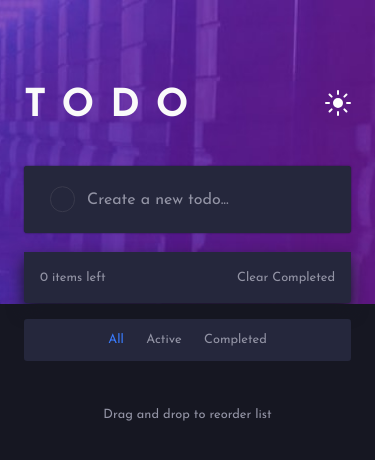
Repository: Ahmed-Abdul-ghaffar/ToDo-App
Page: /
The author's editor kept a copy of each file at every save. The page is drawn from the files as they stood at one save, then again after the next save.
The browser window is 375 px wide. The pictures show the whole page.
The project was rebuilt for these pictures with package versions that can differ from the ones it lists, and the page was loaded fresh each time. Also part of the build but not shown: vite.config.js.

Above is the page before, as saved 2026-11-09 11:10:19.

### index.html
<!doctype html>
<html class="dark">
  <head>
    <meta charset="UTF-8" />
    <meta name="viewport" content="width=device-width, initial-scale=1.0" />
    <meta name="keywords" content="HTML, CSS, JS, todo app, frontend" />
    <link rel="preconnect" href="https://fonts.googleapis.com" />
    <link rel="preconnect" href="https://fonts.gstatic.com" crossorigin />
    <link
      href="https://fonts.googleapis.com/css2?family=Josefin+Sans:ital,wght@0,100..700;1,100..700&display=swap"
      rel="stylesheet"
      pm
    />
    <link rel="icon" href="images/favicon-32x32.png" />
    <link rel="stylesheet" href="styles.scss" />
    <title>Frontend Mentor | ToDo App</title>
  </head>
  <body>
    <div class="container">
      <header class="header">
        <h1 class="header__logo">TODO</h1>

        <button
          class="header__theme-icon header__theme-icon-moon"
          aria-label="dark theme icon"
        >
          <img src="images/icon-moon.svg" alt="" />
        </button>
        <button
          class="header__theme-icon header__theme-icon-sun"
          aria-label="light theme icon"
        >
          <img src="images/icon-sun.svg" alt="" />
        </button>
      </header>

      <main>
        <form class="form">
          <label for="task" class="form__label">New ToDo</label>
          <input
            type="text"
            id="task"
            name="task"
            placeholder=" Create a new todo..."
            class="form__input"
          />
        </form>

        <ol class="todo-list"></ol>

        <div class="list-options">
          <div class="list-options__summary">
            <p><span class="list-options__items-left">#</span> items left</p>

            <button class="list-options__clear-completed-btn">
              Clear Completed
            </button>
          </div>

          <div class="list-options__filter-btns">
            <button
              class="list-options__filter-btn list-options__filter-btn--active all-filter"
            >
              All
            </button>
            <button class="list-options__filter-btn active-filter">
              Active
            </button>
            <button class="list-options__filter-btn completed-filter">
              Completed
            </button>
          </div>
        </div>
      </main>

      <footer class="footer">Drag and drop to reorder list</footer>
    </div>
    <script type="module" src="./index.js"></script>
  </body>
</html>

### styles.scss
@use "./components/reset";
@use "./components/variables";
@use "./components/header";
@use "./components/form";
@use "./components/todo-list";
@use "./components/list-options";
@use "./components/footer";

### index.js
import {
  activeFilterElement,
  allFilterElement,
  completedFilterElement,
  itemsLeftElement,
  taskList,
} from "./scripts.js/elements";
import {
  currentFilterState,
  initListeners,
  initTaskList,
  selectFilter,
} from "./scripts.js/eventListeners";

export const applyTheme = (isDark) => {
  document.documentElement.classList.toggle("dark", isDark);
};
import checkIcon from "./images/icon-check.svg";
import crossIcon from "./images/icon-cross.svg";

export const toggleDarkMode = () => {
  const isDark = !document.documentElement.classList.contains("dark");
  applyTheme(isDark);
  saveToDataBase("isDark", isDark);
};

export const renderTaskList = (tasks) => {
  let result = ``;
  tasks.forEach((task) => {
    result += `
       <li class="todo-list__item  ${task.isCompleted ? "todo-list__item--completed" : ""}" data-id="${task.taskId}">
            <button class="todo-list__check-btn" aria-label="mark as complete">
              <img
                class="todo-list__check-icon"
                src="${checkIcon}"
                alt=""
              />
            </button>
            <p class="todo-list__task"></p>
            <button class="todo-list__delete-btn" aria-label="delete task">
              <img
                class="todo-list__delete-icon"
                src="${crossIcon}"
                alt=""
              />
            </button>
          </li>
    `;
  });

  taskList.innerHTML = result;
  const paragrahps = taskList.querySelectorAll(".todo-list__task");
  paragrahps.forEach((p, i) => {
    p.textContent = tasks[i].text;
  });
};

export const saveToDataBase = (key, value) => {
  localStorage.setItem(key, JSON.stringify(value));
};

export const getData = (key) => {
  let result = localStorage.getItem(key);
  result = JSON.parse(result);
  return result;
};

export let tasks = [];

export const addTask = () => {
  const input = document.querySelector(".form__input");
  if (input.value.trim()) {
    tasks.push({
      isCompleted: false,
      text: input.value.trim(),
      taskId: crypto.randomUUID(),
    });
    input.value = "";
    saveToDataBase("tasks", tasks);

    if (currentFilterState === "active") {
      selectFilter("active");
    } else {
      selectFilter("all");
    }
  } else {
    input.value = "";
  }
};

export const markTaskAsCompleted = (listItem, listItemId) => {
  listItem.classList.toggle("todo-list__item--completed");

  tasks.forEach((task) => {
    if (task.taskId === listItemId) {
      task.isCompleted = !task.isCompleted;
    }
  });

  saveToDataBase("tasks", tasks);
  if (currentFilterState !== "all") {
    selectFilter(currentFilterState);
    return;
  }

  calculateItemsLeft();
};

export const deleteTask = (listItemId) => {
  const wantDelete = confirm("Do you want to delete task?");
  if (wantDelete) {
    tasks.forEach((task) => {
      if (task.taskId === listItemId) {
        const taskIndex = tasks.indexOf(task);
        tasks.splice(taskIndex, 1);
      }
    });

    saveToDataBase("tasks", tasks);
    selectFilter(currentFilterState);
  }
};

export const calculateItemsLeft = () => {
  if (tasks?.length || tasks.length === 0) {
    let countUnCompletedTasks = 0;
    tasks.forEach((task) => {
      !task.isCompleted && countUnCompletedTasks++;
    });
    itemsLeftElement.innerText = countUnCompletedTasks;
  } else {
    return;
  }
};

export const removeSelectedFilterClass = () => {
  if (allFilterElement.classList.contains("list-options__filter-btn--active")) {
    allFilterElement.classList.remove("list-options__filter-btn--active");
  } else if (
    activeFilterElement.classList.contains("list-options__filter-btn--active")
  ) {
    activeFilterElement.classList.remove("list-options__filter-btn--active");
  } else if (
    completedFilterElement.classList.contains(
      "list-options__filter-btn--active",
    )
  ) {
    completedFilterElement.classList.remove("list-options__filter-btn--active");
  }
};

export const clearCompletedTasks = () => {
  tasks = getUnCompletedTasks();
  saveToDataBase("tasks", tasks);
  selectFilter("all");
};

export const getUnCompletedTasks = () => {
  let unCompletedTasks = [];
  tasks.forEach((task) => {
    if (!task.isCompleted) {
      unCompletedTasks.push(task);
    }
  });
  return unCompletedTasks;
};

export const getCompletedTasks = () => {
  let completedTasks = [];
  tasks.forEach((task) => {
    if (task.isCompleted) {
      completedTasks.push(task);
    }
  });
  return completedTasks;
};

document.addEventListener("DOMContentLoaded", () => {
  applyTheme(
    getData("isDark") ?? document.documentElement.classList.contains("dark"),
  );
  tasks = getData("tasks") ?? [];
  initTaskList(tasks);
});
initListeners();

### components/_reset.scss
* {
  margin: 0;
  padding: 0;
  font: inherit;
  line-height: 1.5;
}

*,
::after,
::before {
  box-sizing: border-box;
}

ul,
ol {
  list-style: none;
}

button {
  background-color: transparent;
  cursor: pointer;
  border: none;
}

### components/_variables.scss
body {
  font-size: 18px;
  font-family: var(--font-family-josefin);
}

:root {
  // ------ row color pallete --------
  --color-blue-500: hsl(220, 98%, 61%);
  --color-cyan: #57ddff;
  --color-magenta: #c058f3;

  // light theme
  --color-gray-50: hsl(0, 0%, 98%);
  --color-purple-300: hsl(234, 39%, 85%);
  --color-gray-300: hsl(233, 11%, 84%);
  --color-gray-600: hsl(236, 9%, 61%);
  --color-navy-850: hsl(235, 19%, 35%);

  // dark theme
  --color-navy-950: hsl(235, 21%, 11%);
  --color-navy-900: hsl(235, 24%, 19%);
  --color-purple-300: hsl(234, 39%, 85%);
  --color-purple-100: hsl(236, 33%, 92%);
  --color-purple-600: hsl(235, 16%, 43%);
  --color-purple-700: hsl(233, 14%, 35%);
  --color-purple-800: hsl(237, 14%, 26%);
  --color-gray-600: hsl(236, 9%, 61%);

  // fonts
  --font-size-default: 1.1rem;
  --font-size-logo: 1.9rem;
  --font-size-filter: 0.8rem;
  --font-weight-regular: 400;
  --font-weight-bold: 700;
  --font-family-josefin: "Josefin Sans", sans-serif;

  // --------- role based colors (light default) ----------
  --color-bg: var(--color-gray-300);
  --color-list-bg: var(--color-gray-50);
  --color-list-shadow: var(--color-gray-600);
  --color-tasks: var(--color-navy-850);
  --color-filters: var(--color-gray-600);
  --color-footer: var(--color-gray-600);
  --color-placeholder: var(--color-gray-600);
  --color-completed-task: var(--color-gray-300);
  --color-borders: var(--color-gray-300);
  --color-logo: var(--color-gray-50);
  --color-filter-active: var(--color-blue-500);
  --color-input-focus: var(--color-navy-850);
  --color-filters-hover: var(--color-navy-850);
  --color-checkbox-checked: linear-gradient(
    135deg,
    var(--color-cyan),
    var(--color-magenta)
  );
  --color-checkbox-border-hover: linear-gradient(
    135deg,
    var(--color-cyan),
    var(--color-magenta)
  );

  //   spacing
  --gutter: 1.6rem;
  --padding-default: 1.5rem;
  --transtion-time: 0.2s;
}

html.dark {
  --color-bg: var(--color-navy-950);
  --color-list-bg: var(--color-navy-900);
  --color-list-shadow: var(--color-navy-950);
  --color-tasks: var(--color-purple-300);
  --color-input-focus: var(--color-purple-300);
  --color-filters-hover: var(--color-purple-100);
  --color-borders: var(--color-purple-800);
  --color-completed-task: var(--color-purple-700);

  body::after {
    background-image: url(../images/bg-desktop-dark.jpg);
  }

  .header__theme-icon-moon {
    display: none;
  }

  .header__theme-icon-sun {
    display: block;
  }
}

@media (max-width: 400px) {
  :root {
    --font-size-default: 0.7rem;
  }
}

### components/_header.scss
body {
  position: relative;
  background-color: var(--color-bg);

  &::after {
    content: "";
    position: absolute;
    top: 0;
    height: 19rem;
    width: 100%;
    z-index: -1;
    background-image: url("../images/bg-desktop-light.jpg");
    background-repeat: no-repeat;
    background-size: cover;
    background-position: top center;
  }
}

.container {
  max-width: 37rem;
  margin: 0 auto;
  padding: 0 1.5rem;
  display: grid;
}

.header {
  display: grid;
  grid-template-columns: repeat(2, 1fr);
  align-items: center;
  margin-bottom: 1.9rem;
  padding-top: 4.9rem;

  &__logo {
    justify-self: start;
    font-size: 2.4rem;
    font-family: var(--font-family-josefin);
    font-weight: var(--font-weight-bold);
    letter-spacing: 1rem;
    color: var(--color-logo);
  }

  &__theme-icon {
    justify-self: end;
    cursor: pointer;
  }

  &__theme-icon-sun {
    display: none;
  }
}

@media (hover: hover) {
  body {
    font-size: 15px;

    &::after {
      height: 12rem;
    }
  }

  .header {
    margin-bottom: 1.9rem;
    padding-top: 2.7rem;

    &__logo {
      font-size: 1.3rem;
    }
  }
}

### components/_form.scss
.form {
  position: relative;
  margin-bottom: 1.2rem;

  &__label {
    display: none;
  }

  &::before {
    content: "";
    width: 1.6rem;
    height: 1.6rem;
    position: absolute;
    top: 50%;
    transform: translateY(-50%);
    left: 1.6rem;
    border: 0.1rem solid var(--color-borders);
    border-radius: 50%;
  }

  &__input {
    background-color: var(--color-list-bg);
    box-shadow: 0 0 0.1rem var(--color-list-shadow);
    color: var(--color-input-focus);
    width: 100%;
    padding: 1.1rem 3.5rem;
    border-radius: 0.2rem;
    border: 0.13rem solid transparent;
    outline: none;

    &::placeholder {
      font-weight: var(--font-weight-regular);
      color: var(--color-placeholder);
      font-family: var(--font-family-josefin);
      font-size: 1rem;
    }

    &:focus {
      border-color: var(--color-input-focus);

      &::placeholder {
        color: var(--color-input-focus);
        font-size: 1rem;
        font-weight: var(--font-weight-regular);
        font-family: var(--font-family-josefin);
      }
    }
  }
}

@media (hover: hover) {
  .form {
    &::before {
      left: 1.1rem;
      width: 1.2rem;
      height: 1.2rem;
    }

    margin-bottom: 1rem;
    &__input {
      padding: 0.7rem 2.9rem;
      &::placeholder {
        font-size: 0.7rem;
      }
    }
  }
}

### components/_todo-list.scss
.todo-list {
  box-shadow: 0 -0.1rem 1rem var(--color-list-shadow);
  border-radius: 0.2rem;

  &__item {
    display: grid;
    grid-template-columns: auto 1fr auto;
    align-items: center;
    width: 100%;
    border-bottom: solid 0.1rem var(--color-borders);
    padding: 1.2rem 1.6rem;
    background-color: var(--color-list-bg);

    &:first-child {
      border-top-left-radius: 0.2rem;
      border-top-right-radius: 0.2rem;
    }

    &:hover,
    &:has(:focus-visible) {
      cursor: pointer;
      .todo-list__delete-btn {
        opacity: 1;
      }
    }

    &--completed {
      .todo-list__check-btn {
        &:hover {
          &::after {
            opacity: 0;
          }

          &::before {
            opacity: 1;
          }
        }

        &::before {
          opacity: 1;
        }

        .todo-list__check-icon {
          opacity: 1;
        }
      }

      .todo-list__task {
        text-decoration: line-through;
        color: var(--color-completed-task);
      }
    }

    &--ghost {
      opacity: 0.5;
      outline: 2px dashed var(--color-blue-500);
      outline-offset: -2px;
    }
  }

  &__check-btn {
    position: relative;
    margin-right: 1.5rem;
    display: flex;
    align-items: center;
    justify-content: center;
    border: 0.1rem solid var(--color-borders);
    border-radius: 50%;
    width: 1.5rem;
    height: 1.5rem;
    padding: 0.1rem;
    background-color: transparent;
    z-index: 0;

    &::before {
      opacity: 0;
      transition: opacity var(--transtion-time);
      content: "";
      position: absolute;
      inset: -0.1rem;
      border-radius: 50%;
      background: linear-gradient(
        135deg,
        var(--color-cyan),
        var(--color-magenta)
      );
      z-index: -1;
    }

    &::after {
      content: "";
      position: absolute;
      border-radius: 50%;
      background-color: var(--color-list-bg);
      inset: 0;
      opacity: 0;
      transition: opacity var(--transtion-time);
      z-index: -1;
    }

    @media (hover: hover) {
      &:hover {
        border-color: transparent;
        background-color: var(--color-list-bg);

        &::before,
        &::after {
          opacity: 1;
        }
      }
    }
  }

  &__check-icon {
    opacity: 0;
    transition: opacity var(--transtion-time);
  }

  &__task {
    font-size: var(--font-size-default);
    color: var(--color-tasks);
  }

  &__delete-btn {
    opacity: 0;
    transition: opacity var(--transtion-time);
  }
}

@media (hover: none) {
  .todo-list {
    &__item {
      padding: 0.8rem 1.1rem;
    }

    &__check-btn {
      width: 1.2rem;
      height: 1.2rem;
    }

    &__delete-btn {
      opacity: 1;
    }
  }
}

### components/_list-options.scss
.list-options {
  background-color: var(--color-list-bg);
  border-bottom-right-radius: 0.2rem;
  border-bottom-left-radius: 0.2rem;
  display: grid;
  grid-template-columns: repeat(3, 1fr);
  align-items: center;
  gap: clamp(0.5rem, 5vw, 4rem);
  padding: 0.6rem 1.6rem;
  font-size: 0.8rem;
  color: var(--color-filters);
  font-family: var(--font-family-josefin);
  margin-bottom: 3.4rem;
  box-shadow: 0 0.5rem 1rem var(--color-list-shadow);

  &__summary {
    display: contents;
  }

  &__filter-btns {
    display: flex;
    align-items: center;
    justify-content: center;
    gap: 1.5rem;
  }

  &__filter-btn {
    color: var(--color-filters);

    &:hover:not(&--active) {
      color: var(--color-filters-hover);
    }

    &--active {
      color: var(--color-filter-active);
    }
  }

  &__clear-completed-btn {
    color: var(--color-filters);
    order: 1;

    @media (hover: hover) {
      &:hover {
        color: var(--color-filters-hover);
      }
    }
  }
}

@media (max-width: 400px) {
  .list-options {
    margin-bottom: 2.8rem;
    grid-template-columns: 1fr;
    row-gap: 1rem;
    background-color: transparent;
    padding: 0;
    box-shadow: none;
    &__items-left {
      order: 1;
    }

    &__summary {
      display: flex;
      justify-content: space-between;
      align-items: center;
      padding: 1rem;
      border-bottom-left-radius: 0.2rem;
      border-bottom-right-radius: 0.2rem;
      background-color: var(--color-list-bg);
      box-shadow: 0 0.5rem 1rem var(--color-list-shadow);
    }

    &__filter-btns {
      justify-content: center;
      padding: 0.7rem 1rem;
      background-color: var(--color-list-bg);
      border-radius: 0.2rem;
      gap: clamp(0.75rem, 6vw, 1.5rem);
    }

    &__clear-completed-btn {
      order: 2;
    }
  }
}

### components/_footer.scss
.footer {
  color: var(--color-footer);
  font-size: 0.8rem;
  justify-self: center;
}

### scripts.js/elements.js
export const header = document.querySelector(".header");
export const taskList = document.querySelector(".todo-list");
export const form = document.querySelector(".form");
export const checkBtns = () =>
  document.querySelectorAll(".todo-list__check-btn");
export const listItems = () => document.querySelectorAll(".todo-list__item");

export const itemsLeftElement = document.querySelector(
  ".list-options__items-left",
);

export const allFilterElement = document.querySelector(".all-filter");
export const activeFilterElement = document.querySelector(".active-filter");
export const completedFilterElement =
  document.querySelector(".completed-filter");
export const clearCompletedBtn = document.querySelector(
  ".list-options__clear-completed-btn",
);

### scripts.js/eventListeners.js
import Sortable from "sortablejs";
import {
  addTask,
  calculateItemsLeft,
  clearCompletedTasks,
  deleteTask,
  getCompletedTasks,
  getUnCompletedTasks,
  markTaskAsCompleted,
  removeSelectedFilterClass,
  renderTaskList,
  saveToDataBase,
  tasks,
  toggleDarkMode,
} from "..";
import {
  activeFilterElement,
  allFilterElement,
  clearCompletedBtn,
  completedFilterElement,
  form,
  header,
  listItems,
  taskList,
} from "./elements";

export const makeTaskListSortable = () => {
  return new Sortable(taskList, {
    animation: 150,
    delay: 400,
    delayOnTouchOnly: true,
    ghostClass: "todo-list__item--ghost",
    onEnd(event) {
      if (event.oldIndex === event.newIndex) return;
      const draggedTask = tasks[event.oldIndex];
      tasks.splice(event.oldIndex, 1);
      tasks.splice(event.newIndex, 0, draggedTask);
      saveToDataBase("tasks", tasks);
    },
  });
};

let sortable = makeTaskListSortable();
export let currentFilterState = "all";

export const selectFilter = (name) => {
  removeSelectedFilterClass();

  if (name === "all") {
    allFilterElement.classList.add("list-options__filter-btn--active");
    sortable.option("disabled", false);
    currentFilterState = "all";
    initTaskList(tasks);
  } else if (name === "active") {
    activeFilterElement.classList.add("list-options__filter-btn--active");
    sortable.option("disabled", true);
    currentFilterState = "active";
    const unCompletedTasks = getUnCompletedTasks();
    initTaskList(unCompletedTasks);
  } else if (name === "completed") {
    completedFilterElement.classList.add("list-options__filter-btn--active");
    sortable.option("disabled", true);
    currentFilterState = "completed";
    const completedTasks = getCompletedTasks();
    initTaskList(completedTasks);
  }
};

export const initListeners = () => {
  header.addEventListener("click", (event) => {
    if (event.target.closest(".header__theme-icon")) {
      toggleDarkMode();
    }
  });

  form.addEventListener("submit", (event) => {
    event.preventDefault();
    addTask();
  });

  allFilterElement.addEventListener("click", () => selectFilter("all"));

  activeFilterElement.addEventListener("click", () => selectFilter("active"));

  completedFilterElement.addEventListener("click", () =>
    selectFilter("completed"),
  );

  clearCompletedBtn.addEventListener("click", () => {
    const wantDelete = confirm(
      "Are you sure you want to clear the completed tasks?",
    );
    if (wantDelete) {
      clearCompletedTasks();
    }
  });
};

export const initTaskListeners = () => {
  listItems().forEach((listItem) => {
    listItem.addEventListener("click", (event) => {
      const listItemId = listItem.dataset.id;

      if (event.target.closest(".todo-list__check-btn")) {
        markTaskAsCompleted(listItem, listItemId);
      }

      if (event.target.closest(".todo-list__delete-btn")) {
        deleteTask(listItemId);
      }
    });
  });
};

export const initTaskList = (tasks) => {
  renderTaskList(tasks);
  initTaskListeners();
  calculateItemsLeft();
};

After the next save:
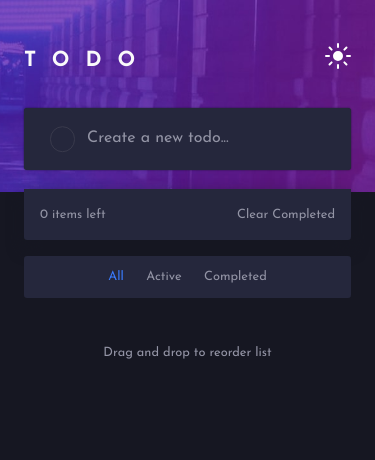
Saved 6 s later.
--- a/components/_header.scss
+++ b/components/_header.scss
@@ -49,7 +49,7 @@ body {
   }
 }
 
-@media (hover: hover) {
+@media (max-width: 400px) {
   body {
     font-size: 15px;
 
